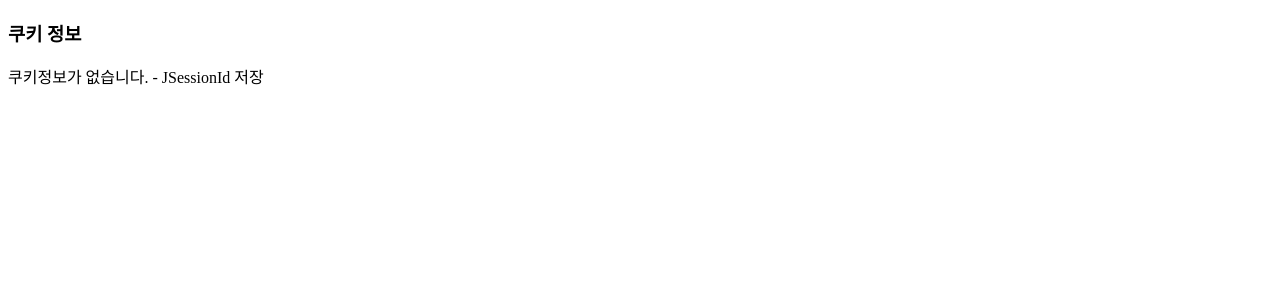
Repository: j-hee-98/Servlet-JSP
Page: http://localhost/step02_JSP/application/cookieGet.jsp
The author's editor kept a copy of each file at every save. The page is drawn from the files as they stood at one save, then again after the next save.
The browser window is 1280 px wide. The pictures show the whole page.
The page is served by Tomcat 9. Other server files are loaded and not shown.

Above is the page before, as saved 2025-04-16 02:07:22.

### step02_JSP/src/main/webapp/application/cookieGet.jsp
<%@ page language="java" contentType="text/html; charset=UTF-8"
    pageEncoding="UTF-8"%>
<!DOCTYPE html>
<html>
<head>
<meta charset="UTF-8">
<title>Insert title here</title>
</head>
<body>
<h3>쿠키 정보</h3>
<%
	// 쿠키 정보 조회
	Cookie cookies [] = request.getCookies();

	if (cookies == null) {
		out.println("쿠키정보가 없습니다. - JSessionId 저장");
	} else {
		out.println("쿠키 개수 = "+ cookies.length+"<br>");

		for (Cookie c : cookies) {
			String name = c.getName();
			String value = c.getValue();

			out.println(name+" = "+value+"<br>");
		}
	}
%>
</body>
</html>

After the next save:
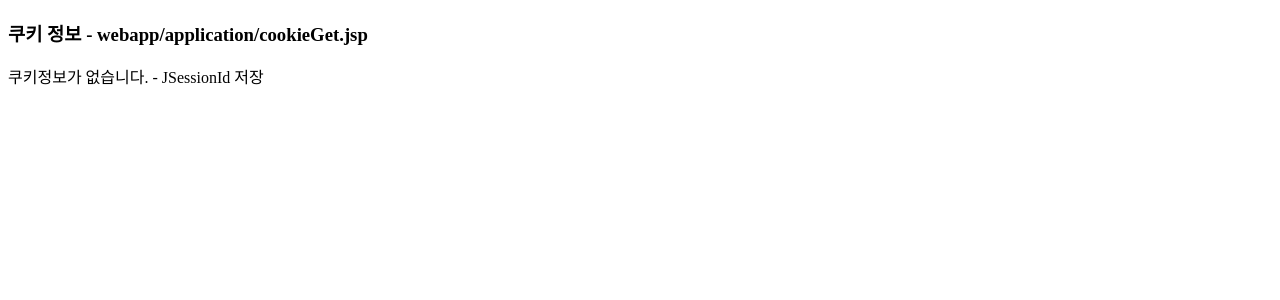
Saved 49 s later.
--- a/step02_JSP/src/main/webapp/application/cookieGet.jsp
+++ b/step02_JSP/src/main/webapp/application/cookieGet.jsp
@@ -7,7 +7,7 @@
 <title>Insert title here</title>
 </head>
 <body>
-<h3>쿠키 정보</h3>
+<h3>쿠키 정보 - webapp/application/cookieGet.jsp</h3>
 <%
 	// 쿠키 정보 조회
 	Cookie cookies [] = request.getCookies();
